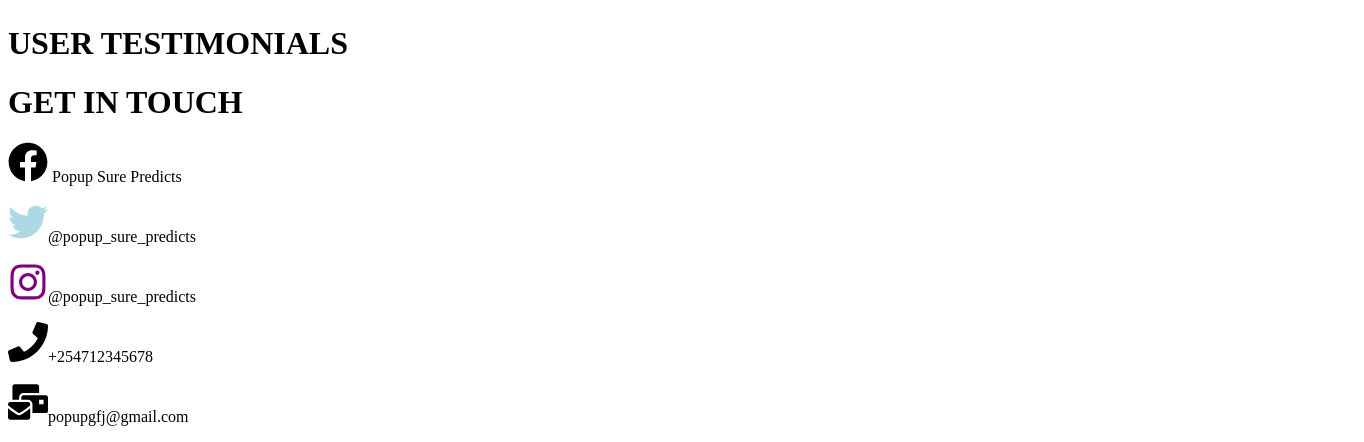
Repository: prototypedave/AlgoFooty
Page: / (app in algo-footy/)
These files come from the project's save history. The page is drawn as it stood at one moment and after the next save; the edit follows.
The browser window is 1280 px wide. The page is 1364 px wide, so the pictures cover 1364 px, including what lies to the right of the window. The pictures show the part of the page from y = 3358 to 3876 px (the page is 3800 px tall before and 3876 px after).
The project was rebuilt for these pictures with package versions that can differ from the ones it lists, and the page was loaded fresh each time. The framework's server and built-in components were replaced by stand-ins that run in the browser. Also part of the build but not shown: algo-footy/next.config.ts.

Above is the page before, as saved 2025-10-31 13:12:04.

### algo-footy/app/layout.tsx
export default function AppLayout({
  children,
}: {
  children: React.ReactNode
}) {
  return (
    <html lang="en">
      <body>
        <main>{children}</main>
      </body>
    </html>
  )
}

### algo-footy/app/page.tsx
"use client";
import Image from "next/image";
import { motion } from "framer-motion";
import { FaFacebook, FaTwitter, FaInstagram, FaPhone, FaMailBulk } from 'react-icons/fa';
import { GiAzulFlake, GiCartwheel } from "react-icons/gi";
import { FaMoneyBillTrendUp, FaRankingStar } from "react-icons/fa6";
import { TfiStatsUp } from "react-icons/tfi";

export default function Home() {
  return (
    <div className="flex flex-col min-h-screen items-center justify-center bg-oxford-blue font-sans">
        <main className="grid grid-cols-3">
            <div className="col-span-2 flex flex-col py-34 px-20 gap-4">
                <GiAzulFlake className="text-8xl"/>
                <h1 className="text-8xl font-bold">SURE MATCH PREDICTIONS</h1>
                <p className="text-xl">Maximize your wins with our 100% AI predictions. Our hybrid model ensures top most accuracy while analysing upcoming matches
                  and selects the best matches for different markets. If we can make profits from it so can you, what are you waiting for lets get you started...click
                </p>
            </div>
            <div className="flex">
                <Image
                    className=""
                    src="/foot1.png"
                    alt="Next.js logo"
                    sizes="(max-width: 1080px) 100vw, 33vw"
                    width={500}
                    height={1368}
                    priority
                />
            </div>
        </main>
        <main className="flex my-40 flex-col gap-10 px-20">
            <h1 className="text-8xl font-bold ">KEY MARKETS</h1>
            <div className="grid grid-cols-3">
                <div className="col-span-2 flex gap-8">
                  <Image
                      className=""
                      src="/foot3.png"
                      alt="Next.js logo"
                      width={300}
                      height={400}
                      priority
                  />
                  <Image
                      className=""
                      src="/foot2.png"
                      alt="Next.js logo"
                      sizes="(max-width: 1080px) 100vw, 33vw"
                      width={300}
                      height={400}
                      priority
                  />
                </div>
                <div className="flex flex-col gap-4 pr-20">
                    <GiCartwheel className="text-6xl"/>
                    <p className="text-xl">Discover our top preferred betting markets and those that makes
                      waves this season, showcasing their winning rates and return on stake,
                      ranked from the best in terms of ROI and performance</p>
                </div>
            </div>
        </main>
        <main className="flex flex-col w-full px-20">
            <h1 className="text-right text-8xl font-bold">PREDICTION</h1>
            <h1 className="text-right text-8xl font-bold pb-10">TRENDS</h1>
            <div className="grid grid-cols-3">
              <div className="flex flex-col gap-4 pt-10">
                  <FaMoneyBillTrendUp className="text-8xl"/>
                  <p className="text-xl">Dont be in the hideout to track the performance of our betting
                    tips over given periods and markets to help you in best choices and practices to explore</p>
              </div>
              <div className="col-span-2 flex">
                <Image
                    className=""
                    src="/trends.png"
                    alt="Next.js logo"
                    width={1000}
                    height={200}
                    priority
                />
              </div>
            </div>
        </main>
        <main className="grid grid-cols-3 px-20 mt-40 gap-10 mb-40">
            <div className="flex flex-col gap-10 w-full h-full">
                <Image
                    className="h-64"
                    src="/chance3.jpeg"
                    alt="Next.js logo"
                    width={300}
                    height={200}
                    priority
                />
                <Image
                    className="h-64"
                    src="/chance4.jpeg"
                    alt="Next.js logo"
                    width={300}
                    height={200}
                    priority
                />
            </div>
            <div className="col-span-2 content-end">
                <FaRankingStar className="text-8xl"/>
                <h1 className="text-8xl font-bold">PROBALISTIC PREDICTIONS</h1>
                <p className="text-xl">Get predictions with probability ratings to act as a guide on
                  high risky predictions and low risk predictions as well as favourites
                  to win just to meet your right risk</p>
            </div>
        </main>
        <main className="grid grid-cols-3 gap-10 px-20">
            <div className="content-end">
                <TfiStatsUp className="text-8xl my-4"/>
                <h1 className="text-6xl font-bold my-4">STATISTICAL INSIGHTS</h1>
                <p className="text-xl my-4">Use our diverse and extensive match stats to make correct
                  prediction based on trends and maximize on your wins</p>
            </div>
            <div className="col-span-2 w-full">
                <Image
                  className="mx-0 px-0"
                  src="/stats.png"
                  alt="Next.js logo"
                  width={850}
                  height={200}
                  priority
                />
            </div>
        </main>
        <main className="flex flex-col mt-20">
          <Image
            className="mx-0 px-0"
            src="/crowd1.png"
            alt="Next.js logo"
            sizes="(max-width: 1080px) 100vw, 33vw"
            width={1356}
            height={200}
            priority
          />
          <div className="grid grid-cols-3 py-20">
              <div className="span-col-2">
                  <h1 className="text-8xl font-bold my-4 pl-34">USER TESTIMONIALS</h1>
              </div>

          </div>
        </main>
        <main className="flex flex-col pr-50 gap-16 mb-20">
            <motion.h1
                className="text-9xl font-bold"
                initial={{ x: 300, opacity: 0.5 }}
                whileInView={{ x: 0, opacity: 1 }}
                transition={{ type: "spring", stiffness: 80, damping: 20, duration: 0.8, }}
                viewport={{ once: true, amount: 0.5 }}>
                GET IN TOUCH
            </motion.h1>
            <div className="text-4xl flex justify-between">
              <div className="flex flex-col gap-4">
                <p className="flex gap-2"><FaFacebook size={40} /> Popup Sure Predicts </p>
                <p className="flex gap-2"><FaTwitter size={40} color="lightblue" />@popup_sure_predicts</p>
                <p className="flex gap-2"><FaInstagram size={40} color="purple" />@popup_sure_predicts</p>
              </div>
              <div className="flex flex-col gap-4">
                <p className="flex gap-2"><FaPhone size={40} />+254712345678</p>
                <p className="flex gap-2"><FaMailBulk size={40} />popupgfj@gmail.com</p>
              </div>
            </div>
        </main>
    </div>
  );
}

After the next save:
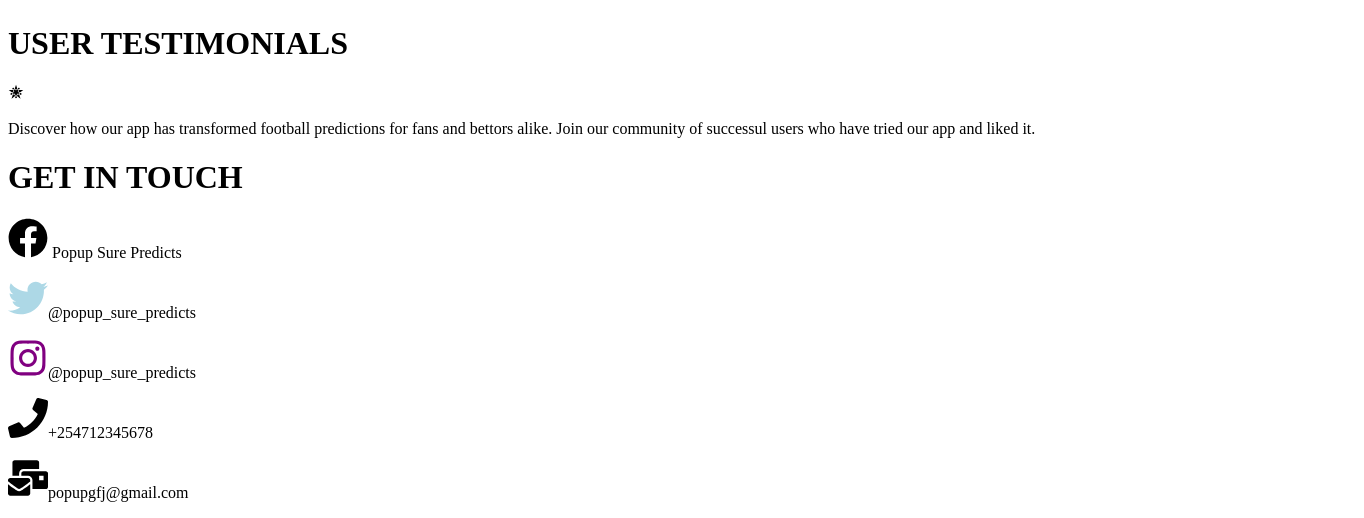
Saved 4 min 36 s later.
--- a/algo-footy/app/page.tsx
+++ b/algo-footy/app/page.tsx
@@ -2,7 +2,7 @@
 import Image from "next/image";
 import { motion } from "framer-motion";
 import { FaFacebook, FaTwitter, FaInstagram, FaPhone, FaMailBulk } from 'react-icons/fa';
-import { GiAzulFlake, GiCartwheel } from "react-icons/gi";
+import { GiAzulFlake, GiCartwheel, GiJusticeStar } from "react-icons/gi";
 import { FaMoneyBillTrendUp, FaRankingStar } from "react-icons/fa6";
 import { TfiStatsUp } from "react-icons/tfi";
 
@@ -139,6 +139,11 @@ export default function Home() {
               <div className="span-col-2">
                   <h1 className="text-8xl font-bold my-4 pl-34">USER TESTIMONIALS</h1>
               </div>
+              <div>
+                  <GiJusticeStar className="text-8xl my-4"/>
+                  <p className="text-xl my-4">Discover how our app has transformed football predictions for fans and bettors alike.
+                    Join our community of successul users who have tried our app and liked it.</p>
+              </div>
 
           </div>
         </main>
